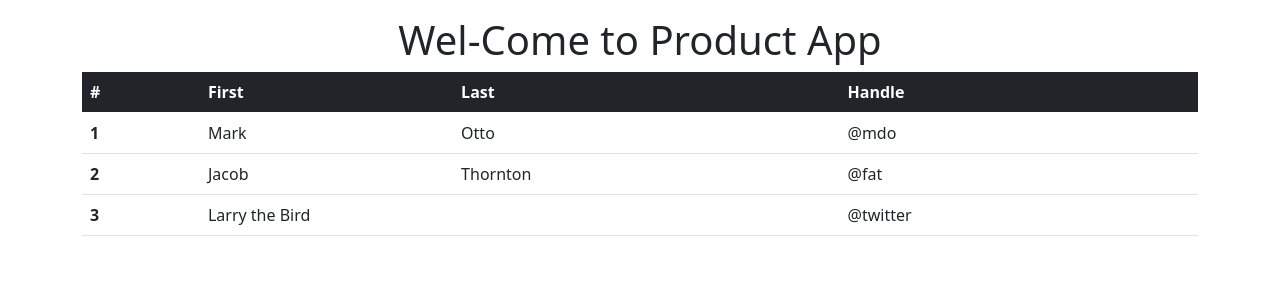
Repository: Hits-95/Spring
Page: http://localhost/Product/WEB-INF/views/index.jsp
An editor plug-in stored every save of this project. The page is shown before and after the next save, followed by the edit.
The browser window is 1280 px wide. The pictures show the whole page.
The page is served by Tomcat 9. Nobody is signed in. Other server files are loaded and not shown. The template is opened directly, without the code that normally fills it, so the values that code supplies are empty.

Above is the page before, as saved 2021-04-14 04:10:52.

### Product/src/main/webapp/WEB-INF/views/index.jsp
<%@ page language="java" contentType="text/html; charset=ISO-8859-1"
	pageEncoding="ISO-8859-1"%>
<%@include file="links.jsp"%>
<%@ taglib prefix="c" uri="http://java.sun.com/jsp/jstl/core"%>
<!DOCTYPE html PUBLIC "-//W3C//DTD HTML 4.01 Transitional//EN" "http://www.w3.org/TR/html4/loose.dtd">
<html>
<head>
<meta http-equiv="Content-Type" content="text/html; charset=ISO-8859-1">

</head>
<body>
	<div class="container mt-3">
		<div class="row">
			<div class="col-md-12">
				<h1 class="text-center">Wel-Come to Product App</h1>
				<table class="table ">
					<thead>
						<tr class="table-dark">
							<th scope="col">#</th>
							<th scope="col">First</th>
							<th scope="col">Last</th>
							<th scope="col">Handle</th>
						</tr>
					</thead>
					<tbody>
						<tr>
							<th scope="row">1</th>
							<td>Mark</td>
							<td>Otto</td>
							<td>@mdo</td>
						</tr>
						<tr>
							<th scope="row">2</th>
							<td>Jacob</td>
							<td>Thornton</td>
							<td>@fat</td>
						</tr>
						<tr>
							<th scope="row">3</th>
							<td colspan="2">Larry the Bird</td>
							<td>@twitter</td>
						</tr>
					</tbody>
				</table>
			</div>
		</div>
	</div>
</body>
</html>

### Product/src/main/webapp/WEB-INF/views/links.jsp
<%@page isELIgnored="false"%>
<%@ taglib prefix="c" uri="http://java.sun.com/jsp/jstl/core"%>

<!doctype html>
<html lang="en">
<head>
<!-- Required meta tags -->
<meta charset="utf-8">
<meta name="viewport" content="width=device-width, initial-scale=1">

<!-- Bootstrap CSS -->
<link
	href="https://cdn.jsdelivr.net/npm/bootstrap@5.0.0-beta3/dist/css/bootstrap.min.css"
	rel="stylesheet"
	integrity="sha384-eOJMYsd53ii+scO/bJGFsiCZc+5NDVN2yr8+0RDqr0Ql0h+rP48ckxlpbzKgwra6"
	crossorigin="anonymous">

<title><c:out value="${title }">Product-App</c:out></title>
</head>
<body>


	<!-- Optional JavaScript; choose one of the two! -->

	<!-- Option 1: Bootstrap Bundle with Popper -->
	<script
		src="https://cdn.jsdelivr.net/npm/bootstrap@5.0.0-beta3/dist/js/bootstrap.bundle.min.js"
		integrity="sha384-JEW9xMcG8R+pH31jmWH6WWP0WintQrMb4s7ZOdauHnUtxwoG2vI5DkLtS3qm9Ekf"
		crossorigin="anonymous"></script>

	<!-- Option 2: Separate Popper and Bootstrap JS -->
	<!--
    <script src="https://cdn.jsdelivr.net/npm/@popperjs/core@2.9.1/dist/umd/popper.min.js" integrity="sha384-SR1sx49pcuLnqZUnnPwx6FCym0wLsk5JZuNx2bPPENzswTNFaQU1RDvt3wT4gWFG" crossorigin="anonymous"></script>
    <script src="https://cdn.jsdelivr.net/npm/bootstrap@5.0.0-beta3/dist/js/bootstrap.min.js" integrity="sha384-j0CNLUeiqtyaRmlzUHCPZ+Gy5fQu0dQ6eZ/xAww941Ai1SxSY+0EQqNXNE6DZiVc" crossorigin="anonymous"></script>
    -->
</body>
</html>

After the next save:
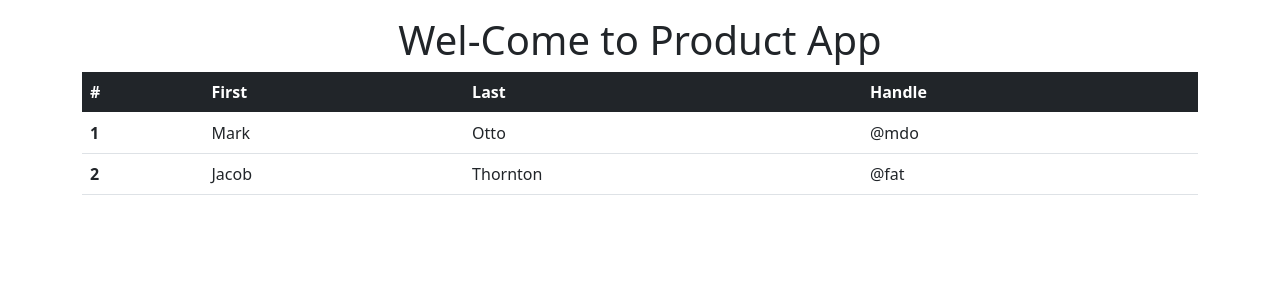
Saved 44 s later.
--- a/Product/src/main/webapp/WEB-INF/views/index.jsp
+++ b/Product/src/main/webapp/WEB-INF/views/index.jsp
@@ -35,11 +35,7 @@
 							<td>Thornton</td>
 							<td>@fat</td>
 						</tr>
-						<tr>
-							<th scope="row">3</th>
-							<td colspan="2">Larry the Bird</td>
-							<td>@twitter</td>
-						</tr>
+
 					</tbody>
 				</table>
 			</div>
